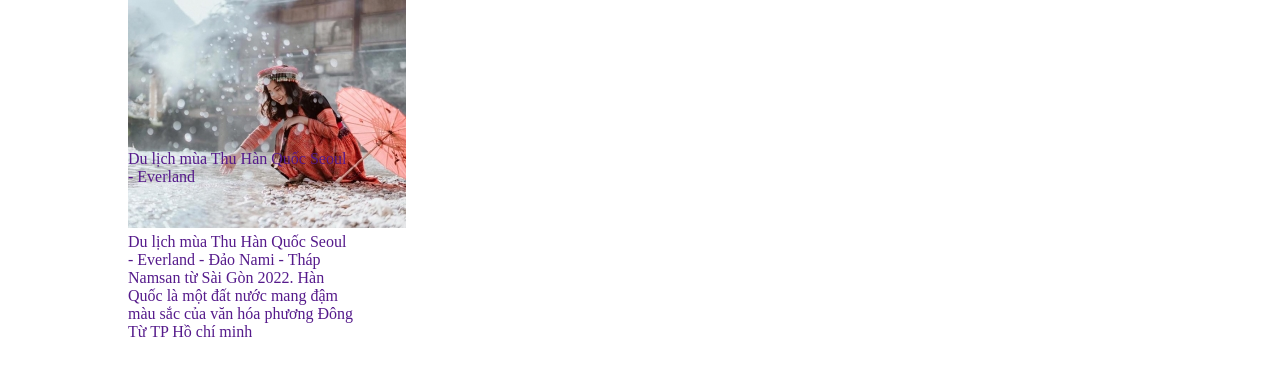
Repository: hoang71299/fe_26
Page: buoi 6/2.html
An editor plug-in stored every save of this project. The page is shown before and after the next save, followed by the edit.
The browser window is 1280 px wide. The pictures show the whole page.

Above is the page before, as saved 2022-08-30 15:21:55.

After the next save:
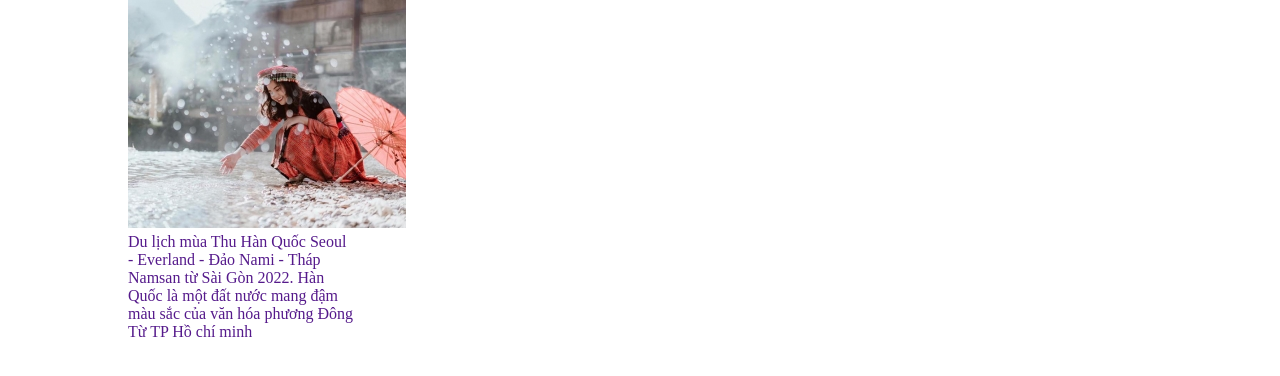
Saved 17 s later.
--- a/buoi 6/2.html
+++ b/buoi 6/2.html
@@ -17,7 +17,7 @@
                     <div class="text">Du lịch mùa Thu Hàn Quốc Seoul - Everland - Đảo Nami - Tháp Namsan từ Sài Gòn 2022. Hàn Quốc là một đất nước mang đậm màu sắc của văn hóa phương Đông</div>
                     <div class="diadiem">Từ TP Hồ chí minh</div>
                 </div>
-                <div class="tieude">Du lịch mùa Thu Hàn Quốc Seoul - Everland</div>
+
             </a>
             <div class="bottom"></div>
         </div>

After the save that followed:
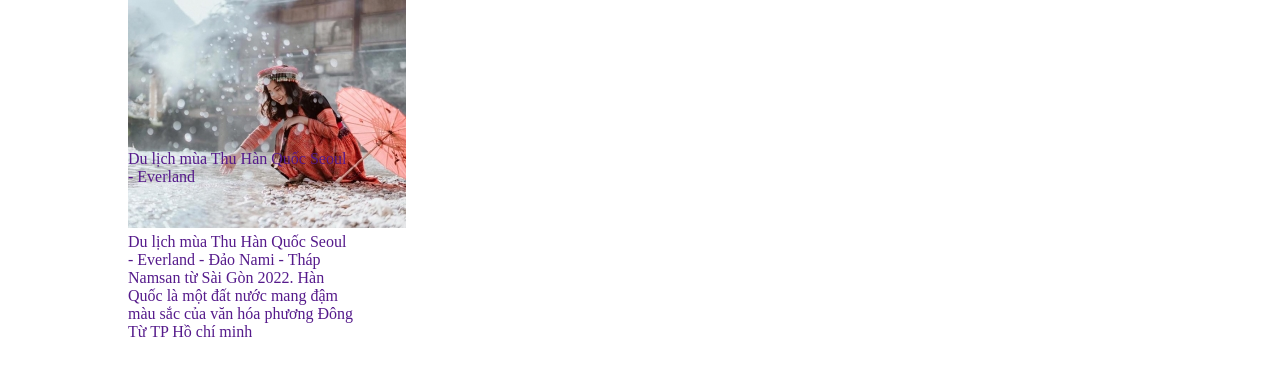
Saved 6 s later.
--- a/buoi 6/2.html
+++ b/buoi 6/2.html
@@ -17,7 +17,7 @@
                     <div class="text">Du lịch mùa Thu Hàn Quốc Seoul - Everland - Đảo Nami - Tháp Namsan từ Sài Gòn 2022. Hàn Quốc là một đất nước mang đậm màu sắc của văn hóa phương Đông</div>
                     <div class="diadiem">Từ TP Hồ chí minh</div>
                 </div>
-
+                <div class="tieude">Du lịch mùa Thu Hàn Quốc Seoul - Everland</div>
             </a>
             <div class="bottom"></div>
         </div>
